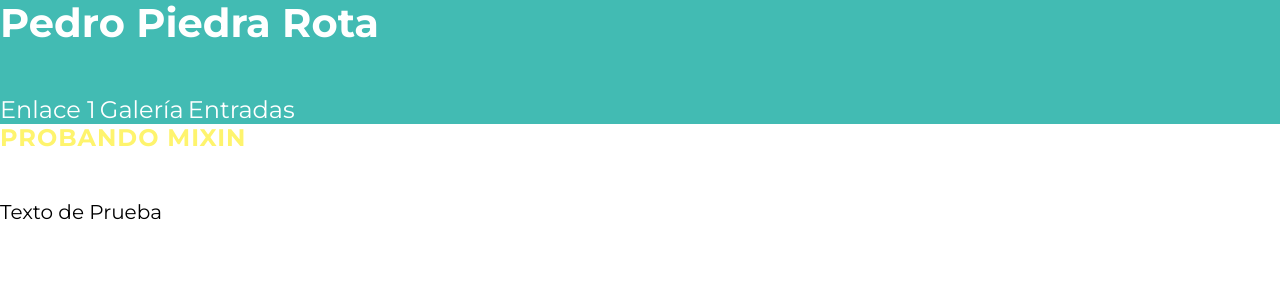
Repository: araque1990/PedroPiedraRota
Page: index.html
The author's editor kept a copy of each file at every save. The page is drawn from the files as they stood at one save, then again after the next save.
The browser window is 1280 px wide. The pictures show the whole page.
The style sheet was rebuilt from its Sass, Less or Tailwind sources for each picture, by a compiler version that may differ from the author's.

Above is the page before, as saved 2023-03-13 17:34:32.

After the next save:
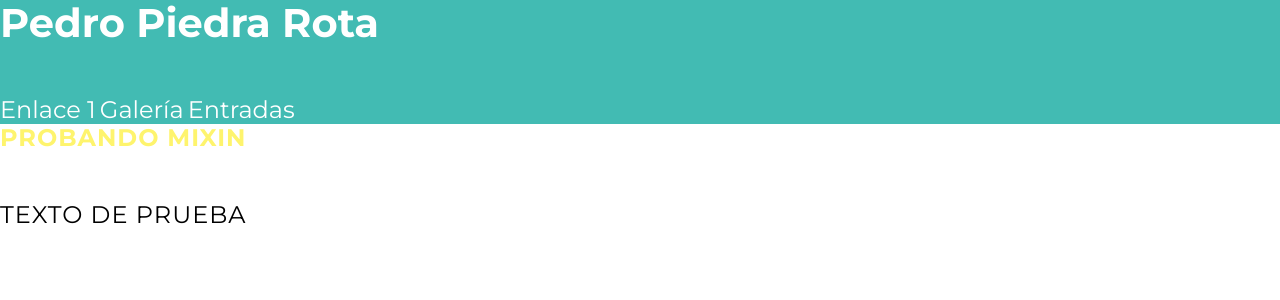
Saved 4 s later.
--- a/src/scss/layout/_header.scss
+++ b/src/scss/layout/_header.scss
@@ -23,3 +23,7 @@
 .prueba {
   @include m.heading(v.$amarillo);
 }
+
+.texto {
+  @include m.heading;
+}
